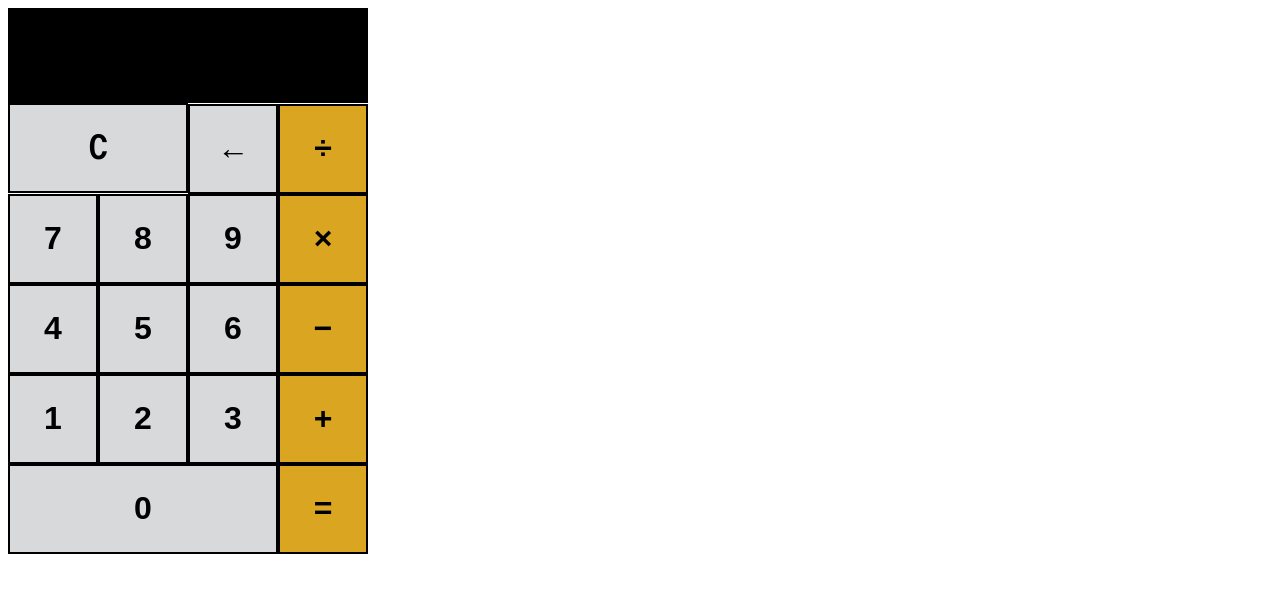
Repository: jontslater/LAB-calculator2
Page: index.html
These files come from the project's save history. The page is drawn as it stood at one moment and after the next save; the edit follows.
The browser window is 1280 px wide. The pictures show the whole page.

Above is the page before, as saved 2023-10-14 13:09:02.

### index.html
<!DOCTYPE html>
<html lang="en">
<head>
  <meta charset="UTF-8">
  <meta name="viewport" content="width=device-width, initial-scale=1.0">
  <title>calculator</title>
  <link rel="stylesheet" href="main.css">
  <script src="main.js"></script>
</head>

<body>
  <div class="container">

    <div class="box"></div>

    <table>
    <button class="symbols gray three hover">&#8705;</button>
    <button class="symbols gray hover">&#8592;</button>
    <button class="symbols orange hover">&#247;</button>
    </table>

  <table>
    <button class="bottonss gray hover">7</button>
    <button class="bottonss gray hover">8</button>
    <button class="bottonss gray hover">9</button>
    <button class="orange hover">&#215;</button>
  </table>

  <table>
    <button class="bottonss gray hover">4</button>
    <button class="bottonss gray hover">5</button>
    <button class="bottonss gray hover">6</button>
    <button class="orange hover">&#8722;</button>
  </table>

  <table>
    <button class="bottonss gray hover">1</button>
    <button class="bottonss gray hover">2</button>
    <button class="bottonss gray hover">3</button>
    <button class="orange hover">&#43;</button>
  </table>


  <table>
    <button class="bottonss gray twice hover">0</button>
    <button class="orange hover">&#61;</button>
  </table>

  </div>

</body>
</html>

### main.css
body{
  background-color: white;
}

.container{
  width: 400px;
  font-size: xx-large;
  font-weight: bold;
}

.buttonss{
  background-color: #d8d9db;
  height: 90px;
  width: 90px;
  font-size: xx-large;
  font-weight: bold;
  border: 2px;
  border-color:#000000;
  border-style:solid;
}

.gray{
  background-color: #d8d9db;
  height: 90px;
  width: 90px;
  font-size: xx-large;
  font-weight: bold;
  border: 2px;
  border-color:#000000;
  border-style:solid;
}

.twice{
  width: 270px;
  font-size: xx-large;
  font-weight: bold;
  border: 2px;
  border-color:#000000;
  border-style:solid;
}

.three{
  width: 180px;
  font-size: xx-large;
  font-weight: bold;
  border: 1px;
  border: 2px;
  border-color:#000000;
  border-style:solid;
}

.orange{
  background-color:goldenrod;
  height: 90px;
  width: 90px;
  font-size: xx-large;
  font-weight: bold;
  border-color:#000000;
  border-style:solid;
}

.box{
  background-color: #000000;
  height: 95px;
  width: 360px;
  padding-bottom: 0%;
  border: 5px;
}

.buttonss:hover{
  background-color:#ebebeb;
  color:#ebebeb;
}

Loaded but not shown: main.js (no stored copy; drawn as an empty file)

After the next save:
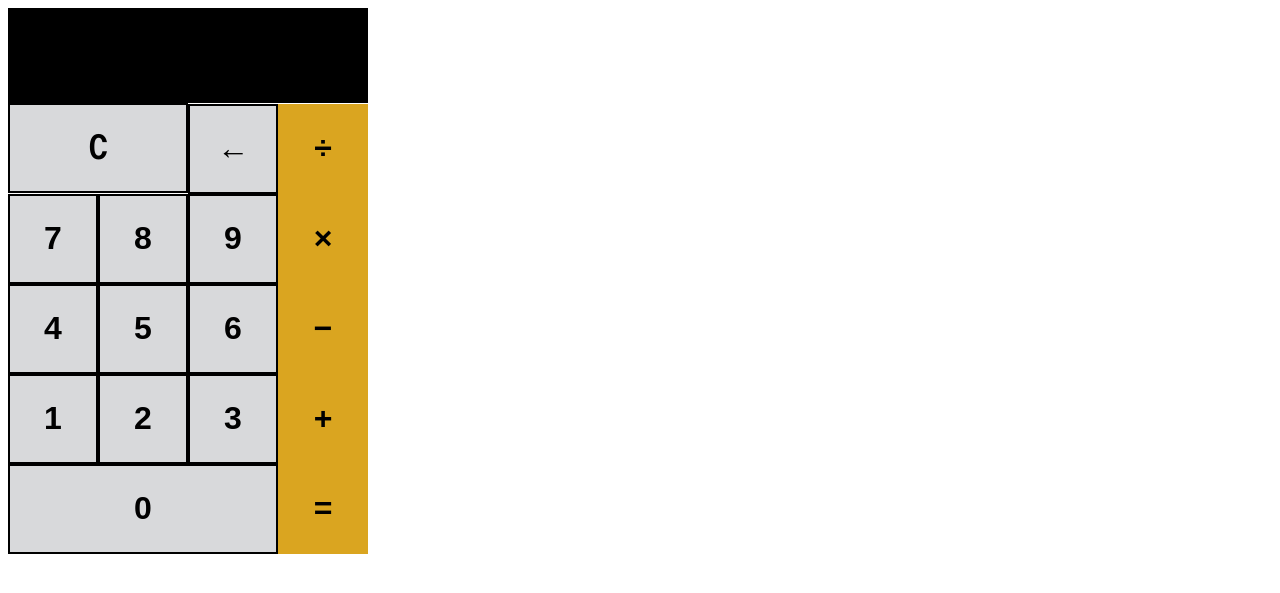
Saved 6 s later.
--- a/main.css
+++ b/main.css
@@ -57,6 +57,7 @@
   font-weight: bold;
   border-color:#000000;
   border-style:solid;
+  border: 2px;
 }
 
 .box{

After the save that followed:
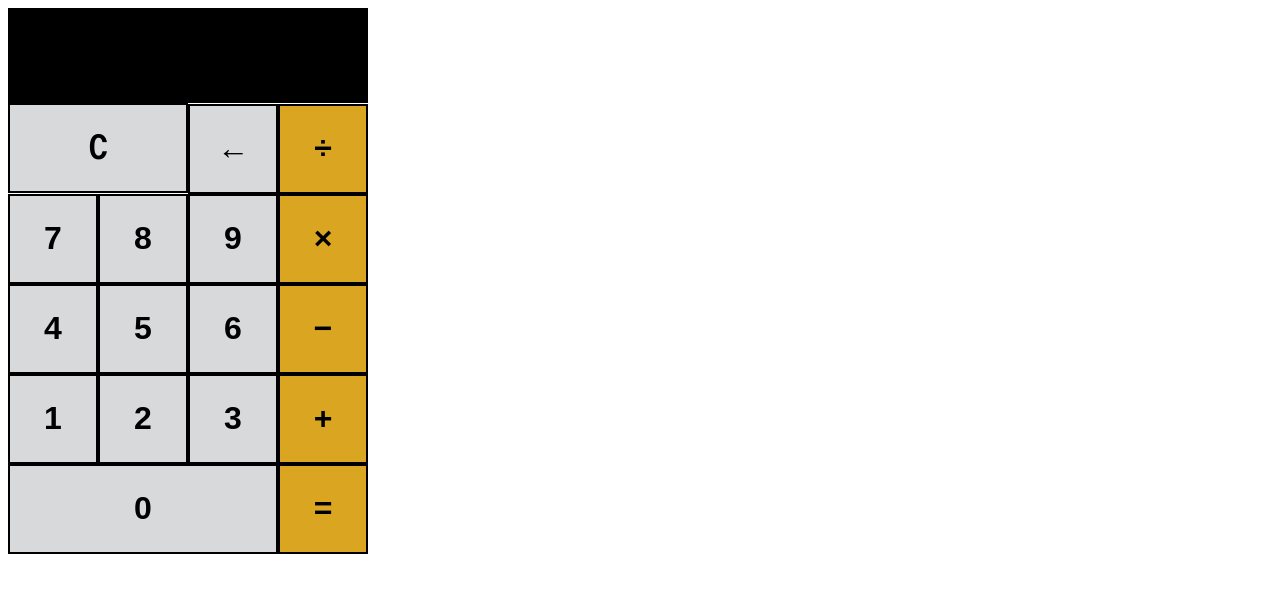
Saved 13 s later.
--- a/main.css
+++ b/main.css
@@ -56,8 +56,8 @@
   font-size: xx-large;
   font-weight: bold;
   border-color:#000000;
+  border: 2px;
   border-style:solid;
-  border: 2px;
 }
 
 .box{
